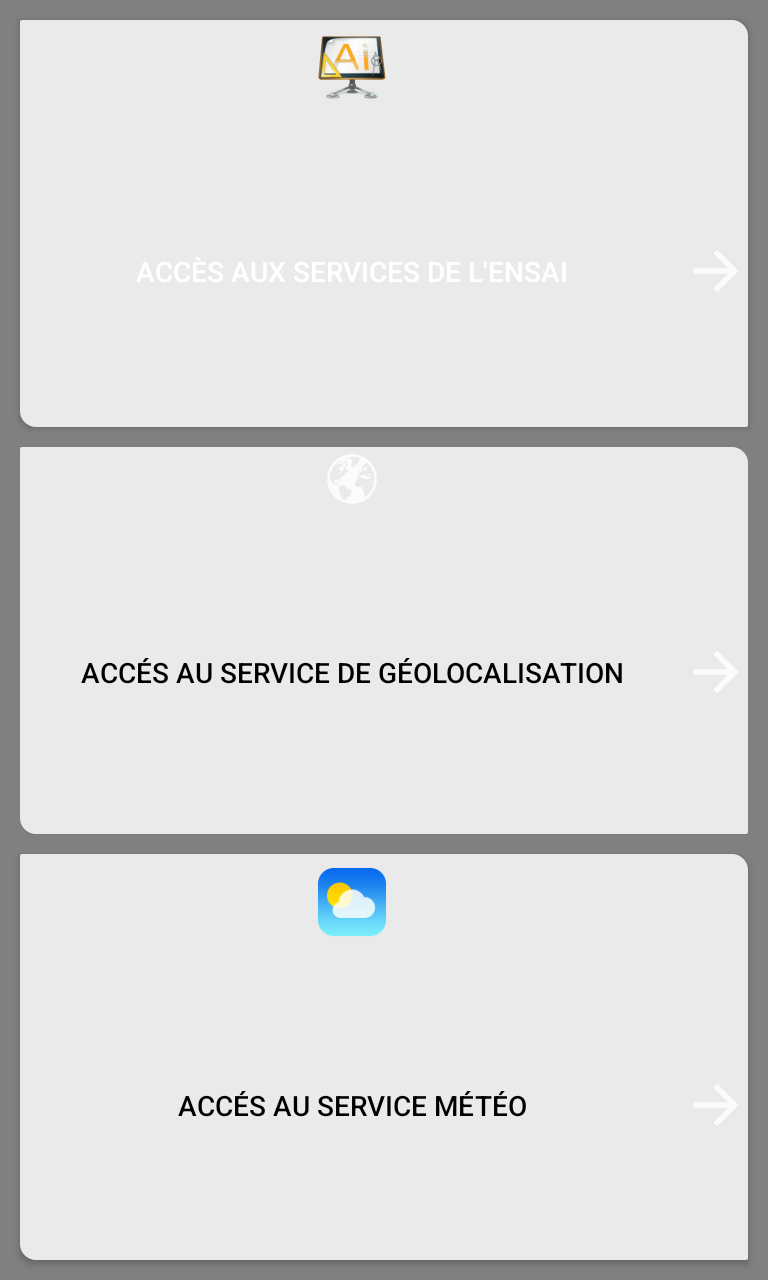
Repository: cpluuuusplus/WhoWantsKitKat
Layout: AppliPlus/res/layout/activity_menu_principal.xml
These files come from the project's save history. The layout is drawn as it stood at one moment and after the next save; the edit follows.
It is drawn on a 768 x 1280 px phone screen (xhdpi) without system bars, with theme Theme.AppCompat.Light; the app's code is not run.

Above is the layout before, as saved 2014-05-12 15:42:59.

After the next save:
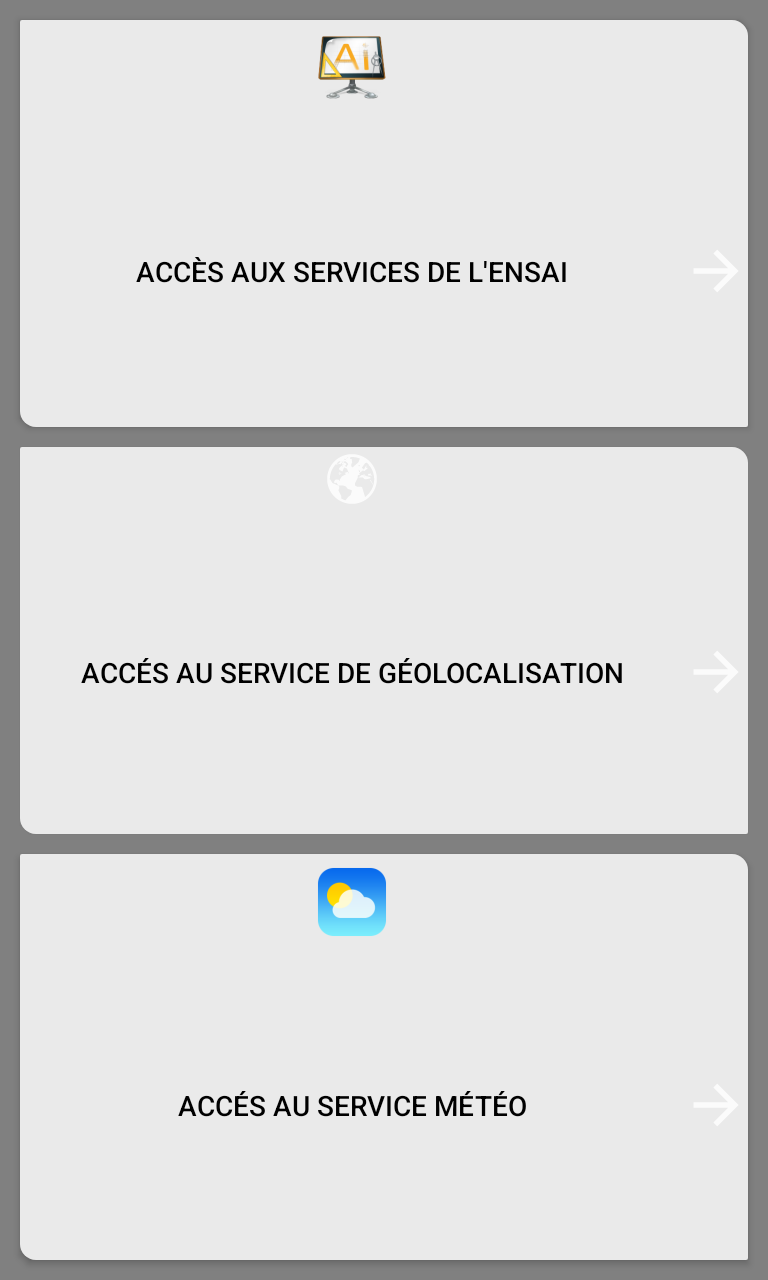
Saved 5 s later.
--- a/AppliPlus/res/layout/activity_menu_principal.xml
+++ b/AppliPlus/res/layout/activity_menu_principal.xml
@@ -18,7 +18,7 @@
         android:drawableTop="@drawable/shcool"
         android:onClick="pamplemousse"
         android:text="@string/school"
-        android:textColor="@color/white" />
+        android:textColor="@color/black_color" />
 
     <Button
         android:id="@+id/main_act2"
